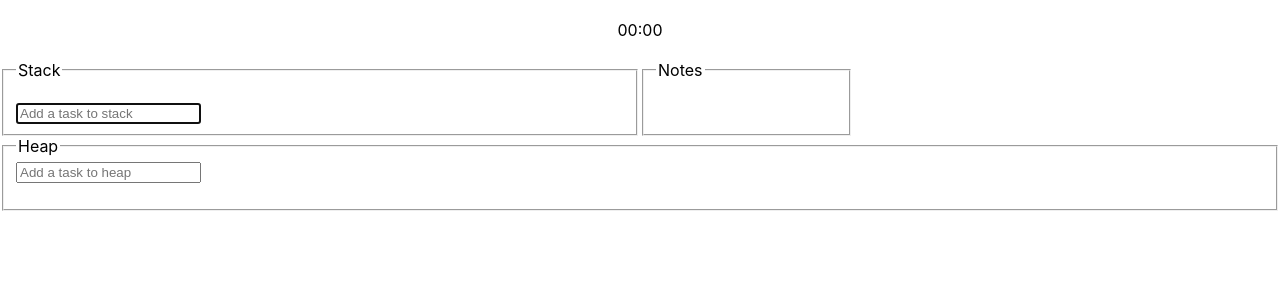
Repository: litalsh/Meeting-Managment-App
Page: /
These files come from the project's save history. The page is drawn as it stood at one moment and after a run of saves; the edit follows.
The browser window is 1280 px wide. The pictures show the whole page.
The project was rebuilt for these pictures with package versions that can differ from the ones it lists, and the page was loaded fresh each time. Also part of the build but not shown: src/components/Task/Task.js.

Above is the page before, as saved 2021-01-10 15:09:17.

After the next 2 saves:
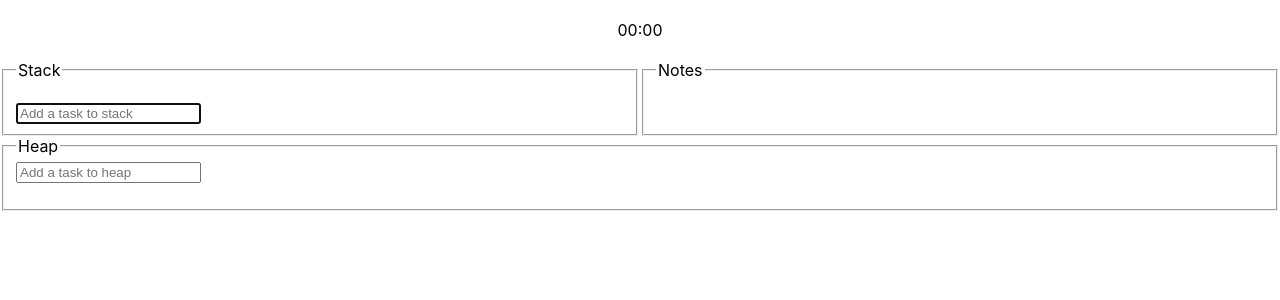
The 2 saves are shown as one change because 1 did not build or start.
The last was saved 32 s later.
--- a/src/components/Notes/Notes.js
+++ b/src/components/Notes/Notes.js
@@ -1,4 +1,5 @@
 import React from 'react';
+import './Notes.css';
 
 const Notes = () => {
   return (
